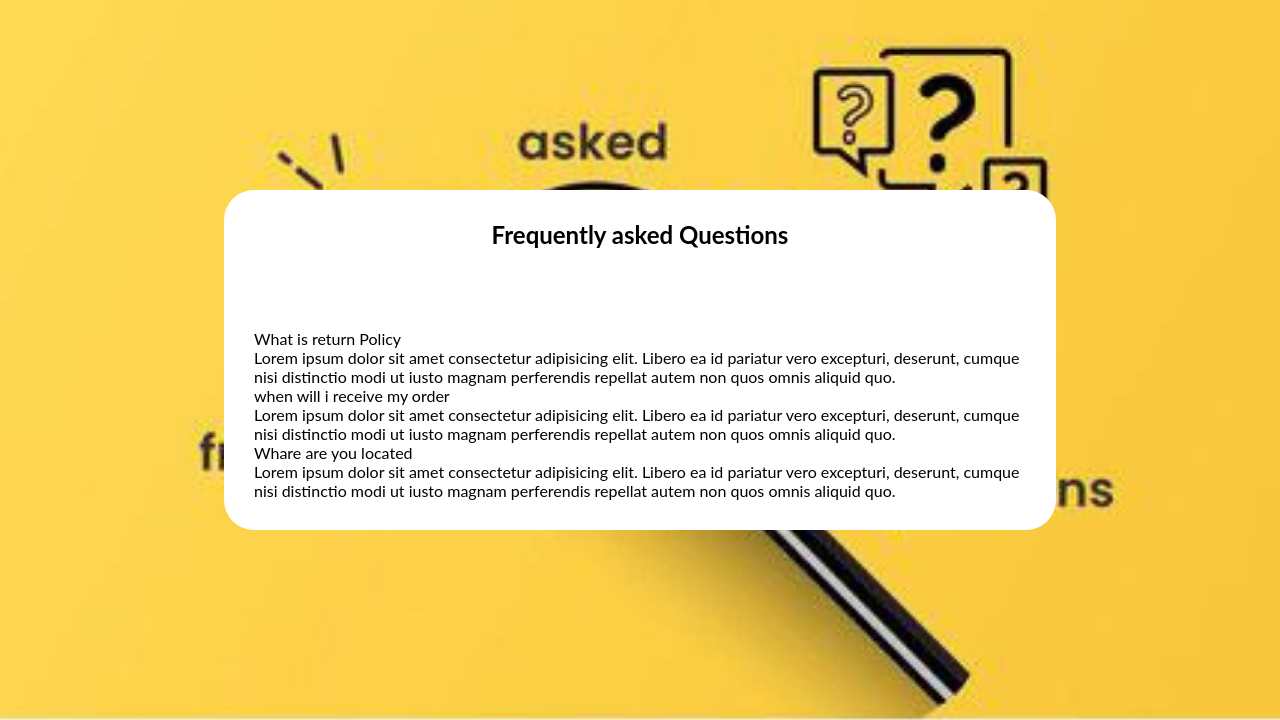
Repository: wakoya-tech/react-project
Page: Desktop/shaakala/accor/index.html
These files come from the project's save history. The page is drawn as it stood at one moment and after the next save; the edit follows.
The browser window is 1280 px wide. The pictures show the whole page.
Some web libraries are served in a nearby version.

Above is the page before, as saved 2025-08-31 14:07:56.

### Desktop/shaakala/accor/index.html
<!DOCTYPE html>
<html lang="en">
<head>
    <meta charset="UTF-8">
    <meta name="viewport" content="width=device-width, initial-scale=1.0">
    <title>Document</title>
    <link rel="stylesheet" href="../accor/style.css">
    <link rel="preconnect" href="https://fonts.googleapis.com">
    <link rel="preconnect" href="https://fonts.gstatic.com" crossorigin>
    <link href="https://fonts.googleapis.com/css2?family=Roboto&display=swap" rel="stylesheet">
    <link rel="stylesheet"
          href="https://cdnjs.cloudflare.com/ajax/libs/font-awesome/6.1.1/css/all.min.css"
          integrity="sha512-kfkfwYDsLKIlwQp6LFn18zNdLGxu9YAAlQvwINks4PhcElQ5vqcyVLLD9aMhXd13uQjoXtENosOWaZqXgol0g=="
          crossorigin="anonymous"
          referrerpolicy="no-referrer" />
</head>
<body>

 <div class="accordion">
    <h2 class="accordion-title">
        Frequently asked Questions
    </h2>
    <div class="content-container">
        <div class="question">What is return Policy</div>
   <div class="answer">Lorem ipsum dolor sit amet consectetur
    adipisicing elit. Libero ea id pariatur vero excepturi,
     deserunt, cumque nisi distinctio modi ut iusto magnam
      perferendis
    repellat autem non quos omnis aliquid quo.</div>
    </div>
    <div class="content-container">
        <div class="question">when will i receive my order</div>
   <div class="answer">Lorem ipsum dolor sit amet consectetur
    adipisicing elit. Libero ea id pariatur vero excepturi,
     deserunt, cumque nisi distinctio modi ut iusto magnam
      perferendis
    repellat autem non quos omnis aliquid quo.</div>
    </div>
    <div class="content-container">
        <div class="question">Whare are you located</div>
   <div class="answer">Lorem ipsum dolor sit amet consectetur
    adipisicing elit. Libero ea id pariatur vero excepturi,
     deserunt, cumque nisi distinctio modi ut iusto magnam
      perferendis
    repellat autem non quos omnis aliquid quo.</div>
    </div>
 </div>
    <script src="../accor/script.js"></script>
</body>
</html>

### Desktop/shaakala/accor/style.css
*{
    margin: 0;
    padding: 0;
    box-sizing: border-box;
    font-family: 'Lato',sans-serif;

}
body{
    background: url(../img/img3.jpg) no-repeat center center/cover;
    height: 100vh;
    display: flex;
    justify-content: center;
    align-items: center;
}
.accordion {
    width: 65%;
    background-color: #fff;
    padding: 30px;
    border-radius: 30px;
}
.accordion .accordion-title {
    margin-bottom: 80px;
    text-align: center;
}
.accordion .accordion-title .question {
    padding: 18px 0px;
    font-size: 22px;
    cursor: pointer;
    border-bottom: 1px solid #000;

}

Loaded but not shown: Desktop/shaakala/accor/script.js (no copy from this time; the picture is the same without it)

After the next save:
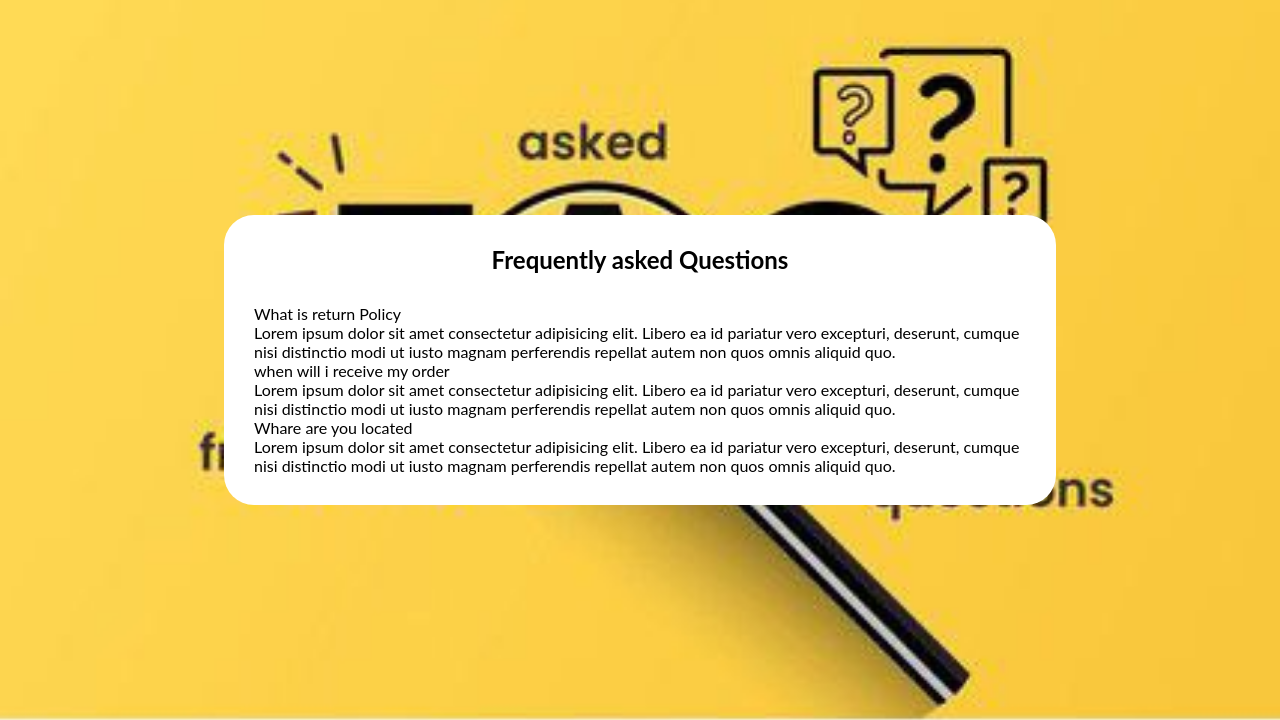
Saved 16 s later.
--- a/Desktop/shaakala/accor/style.css
+++ b/Desktop/shaakala/accor/style.css
@@ -19,7 +19,7 @@
     border-radius: 30px;
 }
 .accordion .accordion-title {
-    margin-bottom: 80px;
+    margin-bottom: 30px;
     text-align: center;
 }
 .accordion .accordion-title .question {
